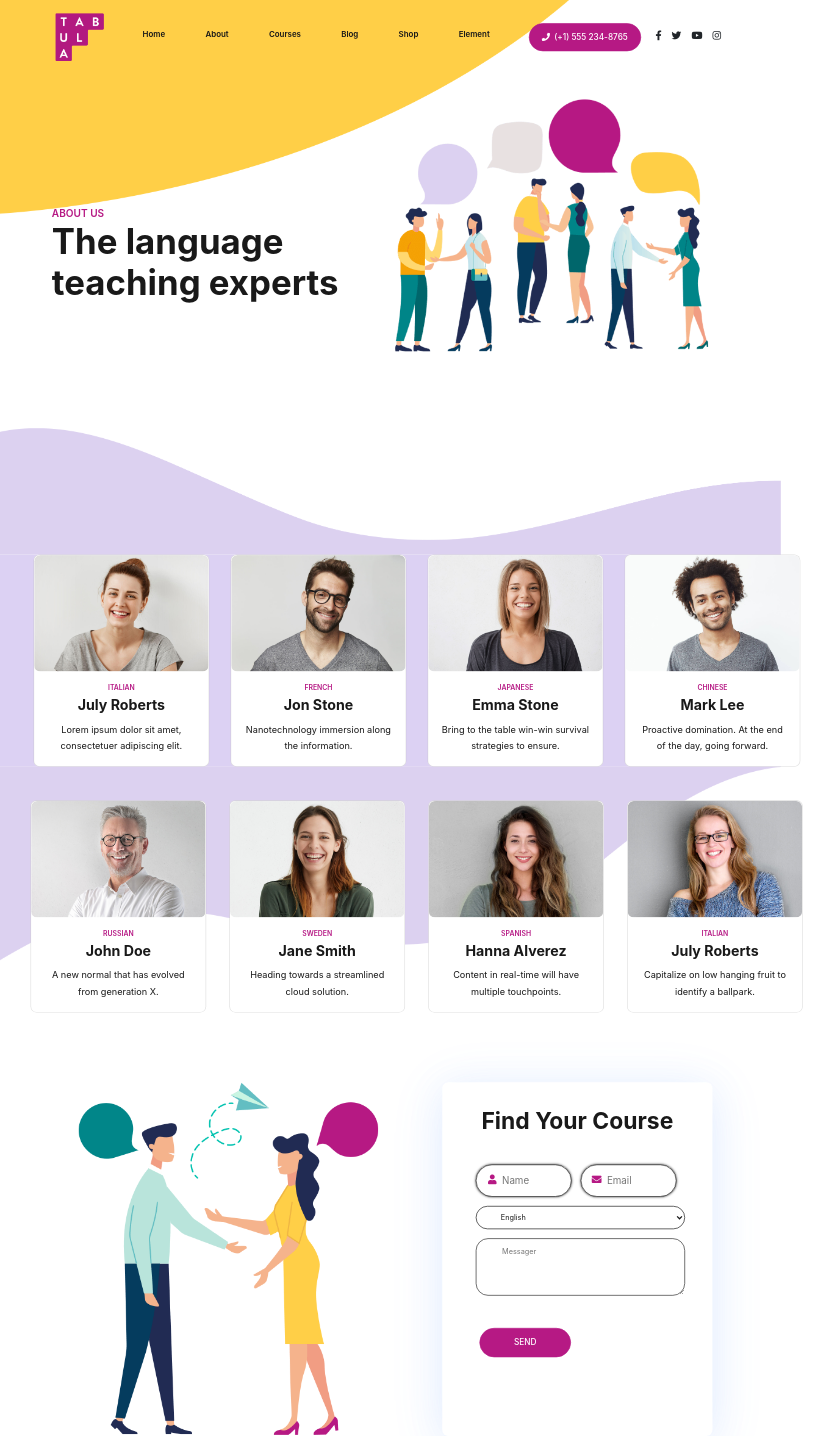
Repository: Khanh1234-glitch/TruongNguyenBaoKhanh_BC22_assignment__tabula
Page: Tabula/index.html
The author's editor kept a copy of each file at every save. The page is drawn from the files as they stood at one save, then again after the next save.
The browser window is 1280 px wide. The page is 1366 px wide, so the pictures cover 1366 px, including what lies to the right of the window. The pictures show the whole page, at 61% of full size.
The style sheet was rebuilt from its Sass, Less or Tailwind sources for each picture, by a compiler version that may differ from the author's.

Above is the page before, as saved 2022-04-18 10:41:31.

After the next save:
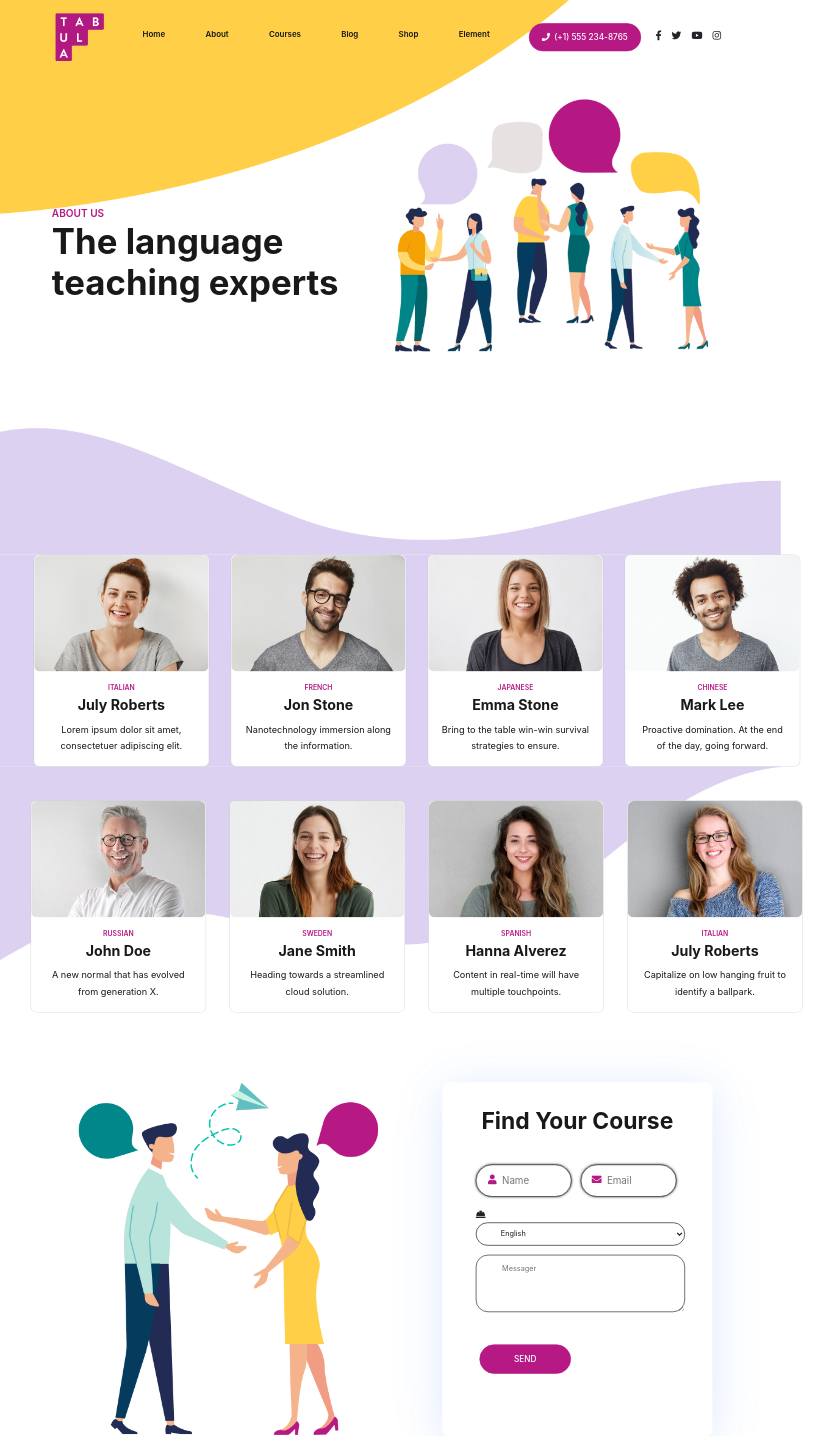
Saved 95 s later.
--- a/Tabula/index.html
+++ b/Tabula/index.html
@@ -173,6 +173,7 @@
                         <div class="email-form"><input type="text" placeholder="Email"><i class="fa fa-envelope"></i></div>
                     </div>
                     <div class="seclect-form">
+                        <i class="fa fa-hard-hat"></i>
                         <select class="form-control" id="exampleFormControlSelect1">
                             <option>English</option>
                             <option>French</option>

After the save that followed:
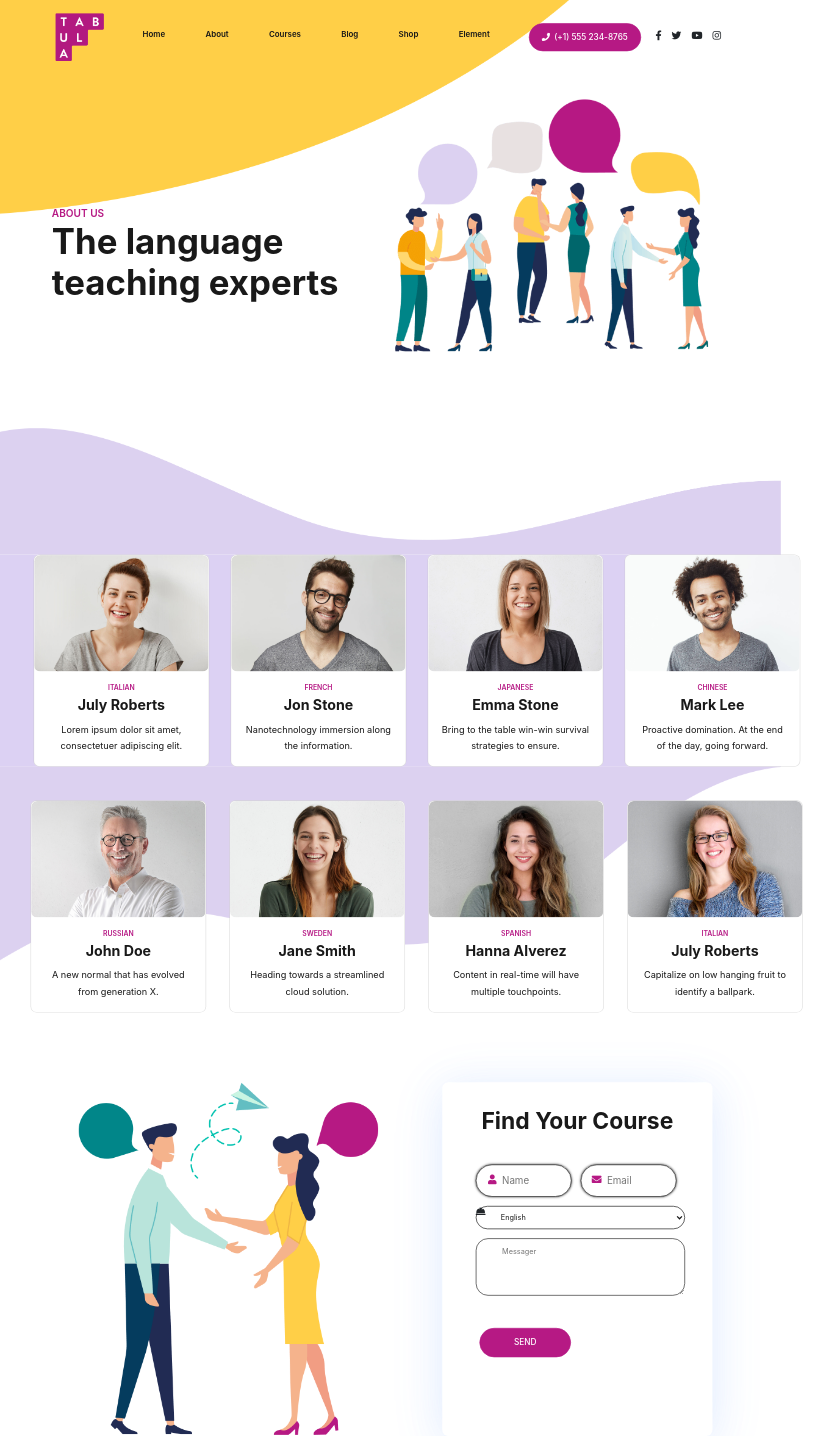
Saved 19 s later.
--- a/Tabula/Sass/Component/_footer-form.scss
+++ b/Tabula/Sass/Component/_footer-form.scss
@@ -58,6 +58,9 @@
                     }
                     .seclect-form {
                         margin-left: 30px;
+                        i {
+                            position: absolute;
+                        }
                         .form-control {
                             border: 1px solid black;
                             border-radius: 50px;
